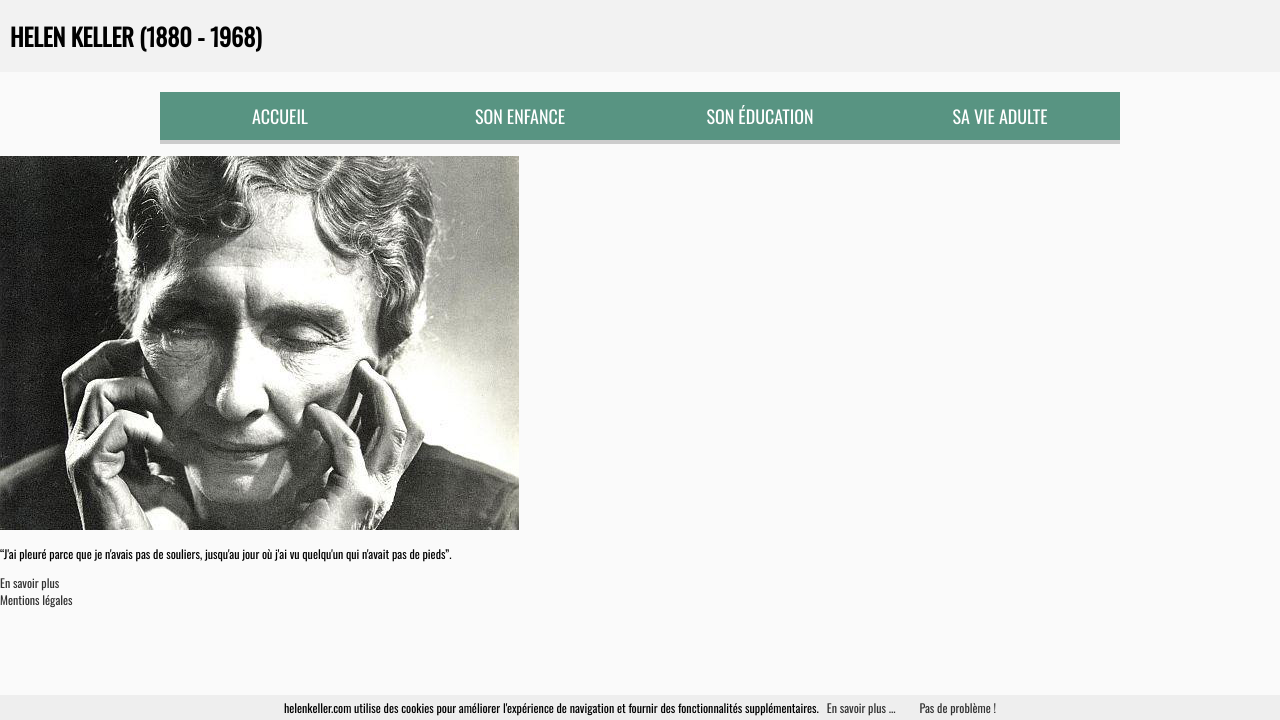
Repository: Luc010/Exercices
Page: HTML CSS/biographie_helen_keller/index.html
The author's editor kept a copy of each file at every save. The page is drawn from the files as they stood at one save, then again after a run of saves.
The browser window is 1280 px wide. The pictures show the whole page.

Above is the page before, as saved 2019-09-06 09:33:30.

After the next 4 saves:
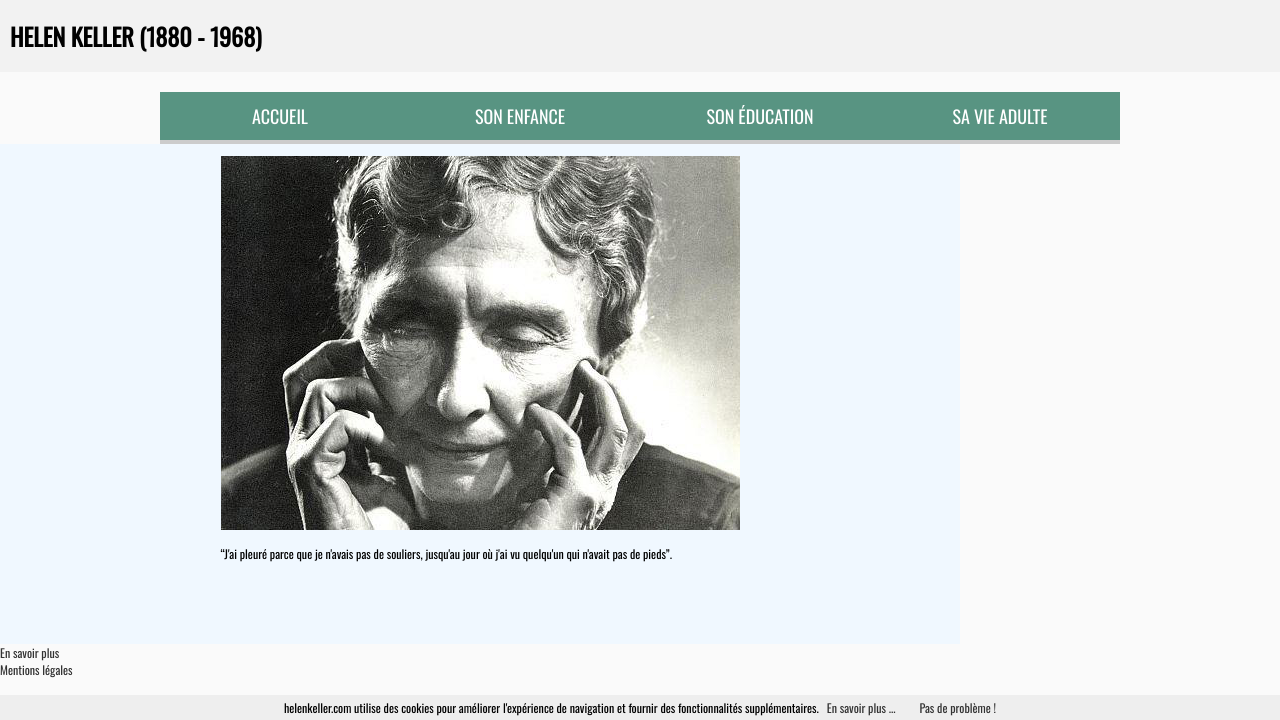
The 4 saves are shown as one change because they came seconds apart.
The last was saved 13 s later.
--- a/HTML CSS/biographie_helen_keller/style.css
+++ b/HTML CSS/biographie_helen_keller/style.css
@@ -26,6 +26,13 @@ ul,li{
 nav{
     width: 960px;
     margin:20px auto 0 auto;
+}
+main{
+        width: 960px;
+        min-height: 500px;
+        background-color: aliceblue;
+        display: flex;
+        justify-content: center;
 }
 .navbar{
     text-align: center;

After the 2 saves that followed:
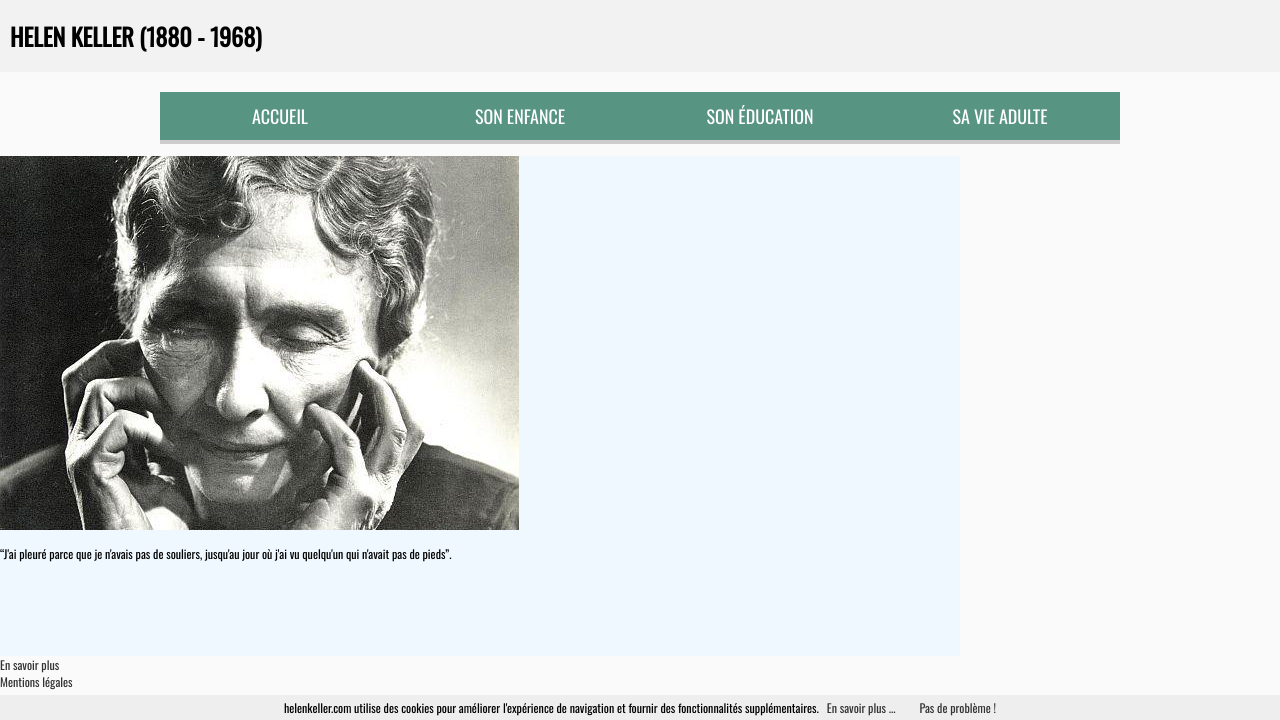
The 2 saves are shown as one change because 1 left the picture as it was.
The last was saved 58 s later.
--- a/HTML CSS/biographie_helen_keller/style.css
+++ b/HTML CSS/biographie_helen_keller/style.css
@@ -1,45 +1,51 @@
 @import url('https://fonts.googleapis.com/css?family=Oswald&display=swap');
+/* GENERAL */
 
-/* GENERAL */
-*{
+* {
     box-sizing: border-box;
 }
-body{
+
+body {
     margin: 0;
     padding: 0;
     background-color: #fafafa;
     font-size: 12px;
-    font-family: 'Oswald',corbel,calibri,sans-serif;
+    font-family: 'Oswald', corbel, calibri, sans-serif;
 }
-h1{
+
+h1 {
     margin: 0;
 }
-a{
+
+a {
     text-decoration: none;
     color: #323232;
 }
-ul,li{
+
+ul, li {
     list-style: none;
     margin: 0;
     padding: 0;
 }
-nav{
+
+nav {
     width: 960px;
-    margin:20px auto 0 auto;
+    margin: 20px auto 0 auto;
 }
-main{
-        width: 960px;
-        min-height: 500px;
-        background-color: aliceblue;
-        display: flex;
-        justify-content: center;
+
+main {
+    width: 960px;
+    min-height: 500px;
+    background-color: aliceblue;
 }
-.navbar{
+
+.navbar {
     text-align: center;
     display: flex;
     justify-content: space-between;
 }
-.navlink{
+
+.navlink {
     width: 100%;
     font-size: 18px;
     background-color: #589482;
@@ -47,24 +53,29 @@ main{
     text-transform: uppercase;
     font-weight: 500;
 }
-.navlink:hover{
+
+.navlink:hover {
     background-color: #323232;
 }
-.navlink > a{
+
+.navlink>a {
     color: white;
 }
-ul > .navlink{
+
+ul>.navlink {
     border-bottom: solid 4px #ccc;
 }
+
 /* HEADER */
 
-header{
+header {
     background-color: #f2f2f2;
     height: 72px;
-    display:flex;
+    display: flex;
     align-items: center;
 }
-.brand{
+
+.brand {
     text-indent: 10px;
 }
 
